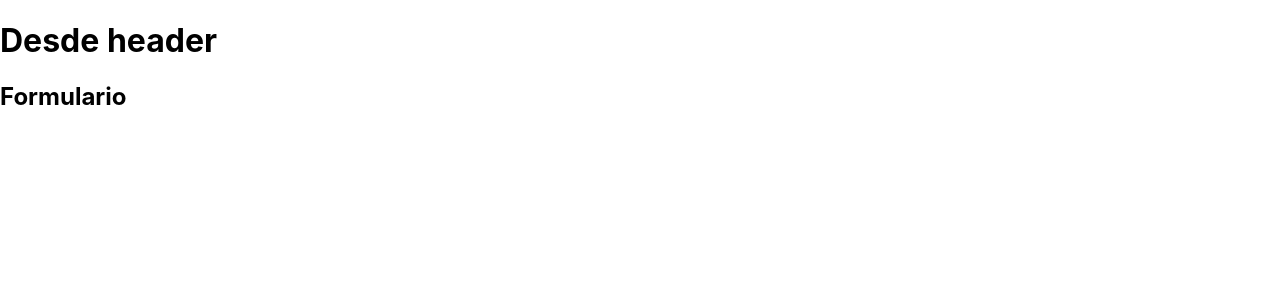
Repository: rlaureano/citas_react
Page: /
The author's editor kept a copy of each file at every save. The page is drawn from the files as they stood at one save, then again after the next save.
The browser window is 1280 px wide. The pictures show the whole page.
The project was rebuilt for these pictures with package versions that can differ from the ones it lists, and the page was loaded fresh each time. Also part of the build but not shown: vite.config.js.

Above is the page before, as saved 2022-01-11 20:47:39.

### index.html
<!DOCTYPE html>
<html lang="en">
  <head>
    <meta charset="UTF-8" />
    <link rel="icon" type="image/svg+xml" href="/src/favicon.svg" />
    <meta name="viewport" content="width=device-width, initial-scale=1.0" />
    <title>Citas React</title>
  </head>
  <body>
    <div id="root"></div>
    <script type="module" src="/src/main.jsx"></script>
  </body>
</html>

### src/App.jsx
import Formulario from "./components/Formulario"
import Header from "./components/Header"
import ListadoPacientes from "./components/ListadoPacientes"


function App() {

  const mensaje = "Hola"
  return (
    <>
       <Header />
       <Formulario />

    </>
  )
}

export default App

### src/components/Formulario.jsx
import React from 'react'

const Formulario = () => {
  return (
    <div>
      <h2>Formulario</h2>
    </div>
  )
}

export default Formulario

### src/components/Header.jsx
function Header() {
  return (
    <h1>Desde header</h1>
  )
}

export default Header

### src/components/ListadoPacientes.jsx
import React from 'react'

const ListadoPacientes = () => {
  return (
    <div>
      <h2>Listado pacientes</h2>
    </div>
  )
}

export default ListadoPacientes

Loaded but not shown: src/main.jsx (common file); src/index.css (common file)

After the next save:
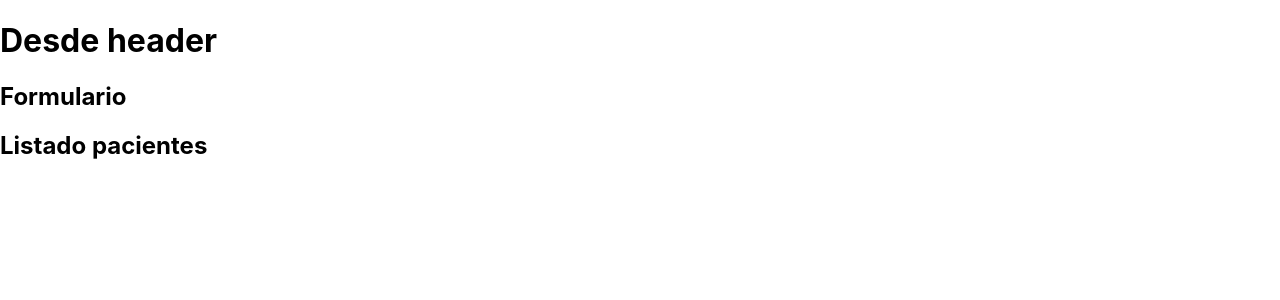
Saved 10 s later.
--- a/src/App.jsx
+++ b/src/App.jsx
@@ -8,9 +8,9 @@ function App() {
   const mensaje = "Hola"
   return (
     <>
-       <Header />
-       <Formulario />
-
+      <Header />
+      <Formulario />
+      <ListadoPacientes />
     </>
   )
 }
